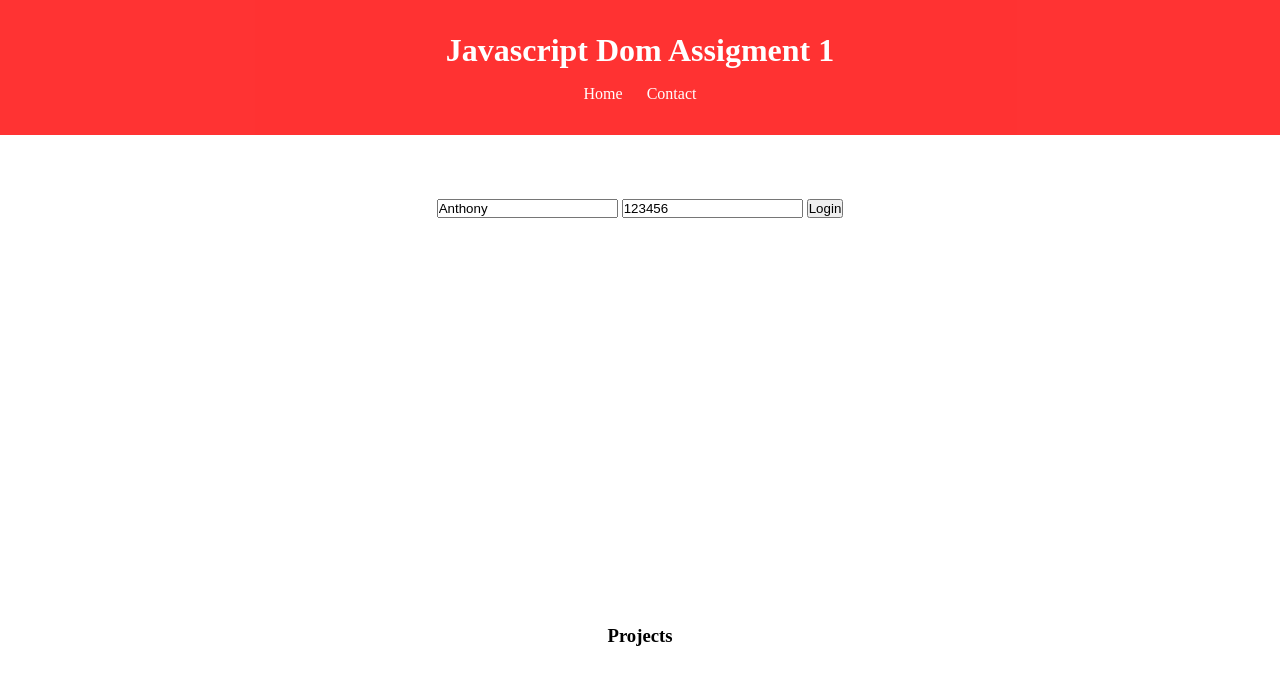
Repository: haakanerol/haakanerol
Page: Js.ass1/index.html
These files come from the project's save history. The page is drawn as it stood at one moment and after a run of saves; the edit follows.
The browser window is 1280 px wide. The pictures show the whole page.

Above is the page before, as saved 2024-02-25 16:08:26.

### Js.ass1/index.html
<!DOCTYPE html>
<html lang="en">
<head>
    <meta charset="UTF-8">
    <meta name="viewport" content="width=device-width, initial-scale=1.0">
    <title>Document</title>
    <style>
        * {
            margin: 0;
            padding: 0;
            box-sizing: border-box;
        }
        main {
            display: flex;
            flex-direction: column;
            justify-content: space-between;
            align-items: center;
            height: 80vh;
            padding: 4rem;
        }
    </style>
</head>
<body>
    <header class="header">
        <h1 id="title">aaa</h1>
        <nav>
            <ul class="nav-item">
                <li id="home">Home</li>
                <li>Contact</li>
            </ul>
        </nav>
    </header>
    <main>
        <section>
            <input type="text" id="username">
            <input type="password" id="password">
            <button class="btn">Login</button>
        </section>
        <section id="projects">
            <h3>Projects</h3>
            <ul>
            </ul>
        </section>
    </main>
    <script src="app.js"></script>
</body>
</html>

### Js.ass1/app.js
newHeader = document.querySelector(".header")
newHeader.style.backgroundColor = "red"
newHeader.style.opacity = "0.8"
newHeader.style.color = "white"
newHeader.style.textAlign = "center"
newHeader.style.padding = "2rem"

newTitle = document.getElementById("title")
newTitle.textContent = "Javascript Dom Assigment 1"
newTitle.style.marginBottom = "1rem"

newNavItem = document.querySelector(".nav-item")
newNavItem.style.display = "flex"
newNavItem.style.justifyContent = "center"
newNavItem.style.gap = "1.5rem"
newNavItem.style.listStyle = "none"

newUsername = document.querySelector("#username")
newPassword = document.querySelector("#password")
newUsername.value = "Anthony"
newPassword.value = "123456"
newPassword.type = "number"
newUsername.disabled

After the next 3 saves:
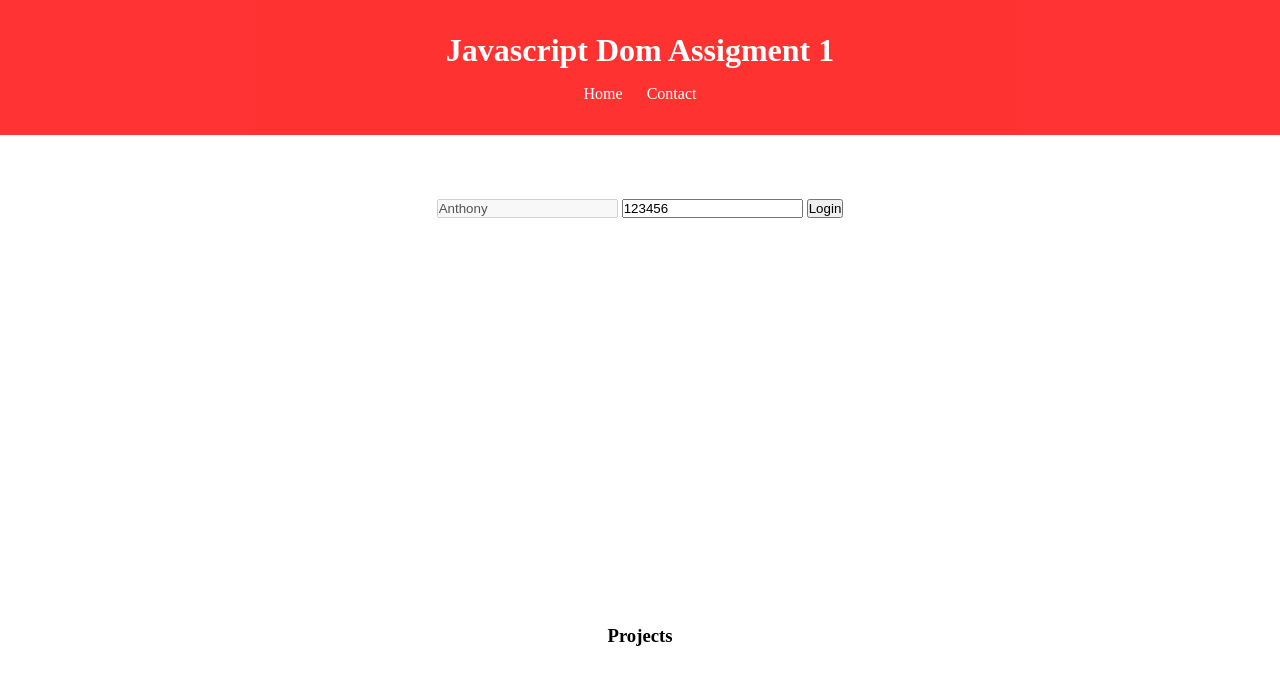
The 3 saves are shown as one change because they came seconds apart.
The last was saved 10 s later.
--- a/Js.ass1/app.js
+++ b/Js.ass1/app.js
@@ -20,4 +20,4 @@ newPassword = document.querySelector("#password")
 newUsername.value = "Anthony"
 newPassword.value = "123456"
 newPassword.type = "number"
-newUsername.disabled
+newUsername.disabled = "true"
